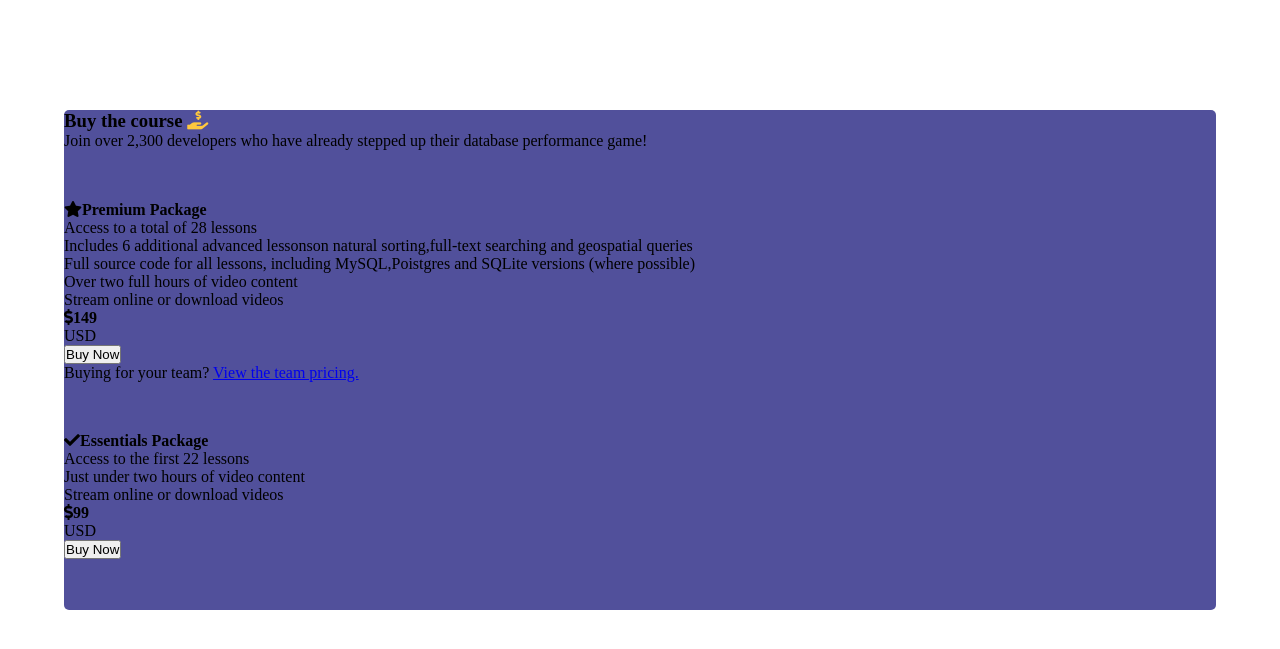
Repository: Z-ayat/Challenges
Page: Challenge 4/index.html
These files come from the project's save history. The page is drawn as it stood at one moment and after the next save; the edit follows.
The browser window is 1280 px wide. The pictures show the whole page.

Above is the page before, as saved 2021-09-07 00:52:51.

After the next save:
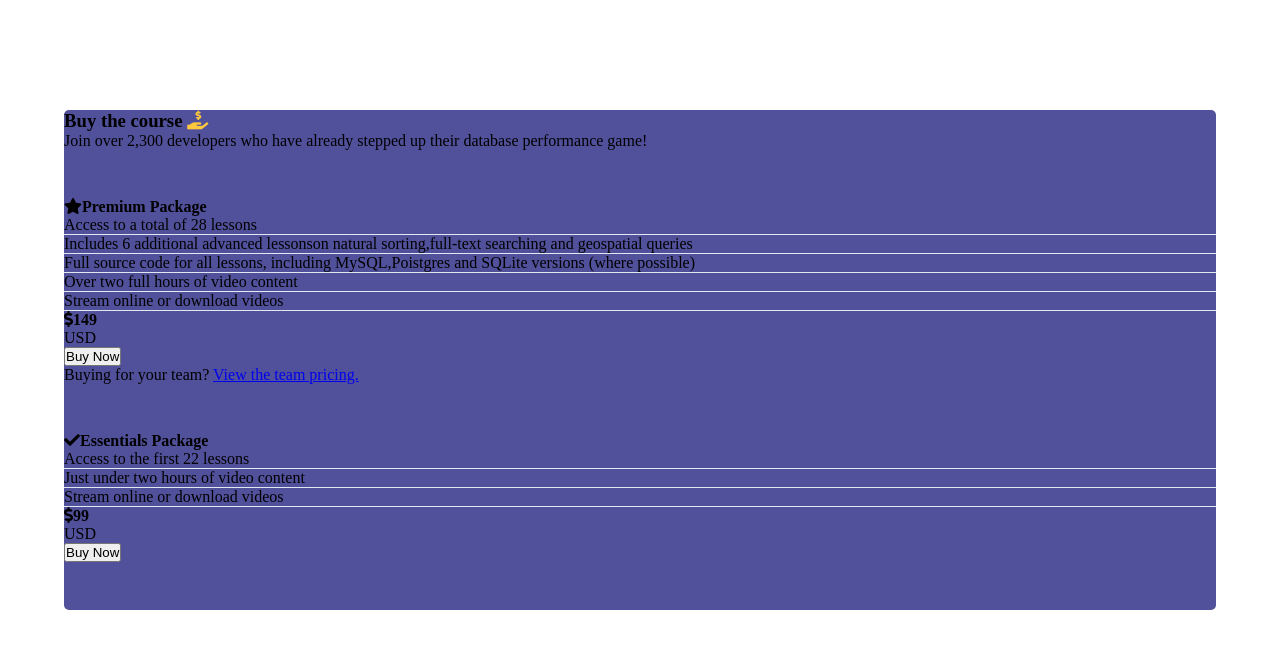
Saved 5 s later.
--- a/Challenge 4/styling/css/master.css
+++ b/Challenge 4/styling/css/master.css
@@ -28,5 +28,5 @@ body {
 }
 
 .specs {
-    border-bottom: ;
+    border-bottom: solid 1px #E2E8F0;
 }
